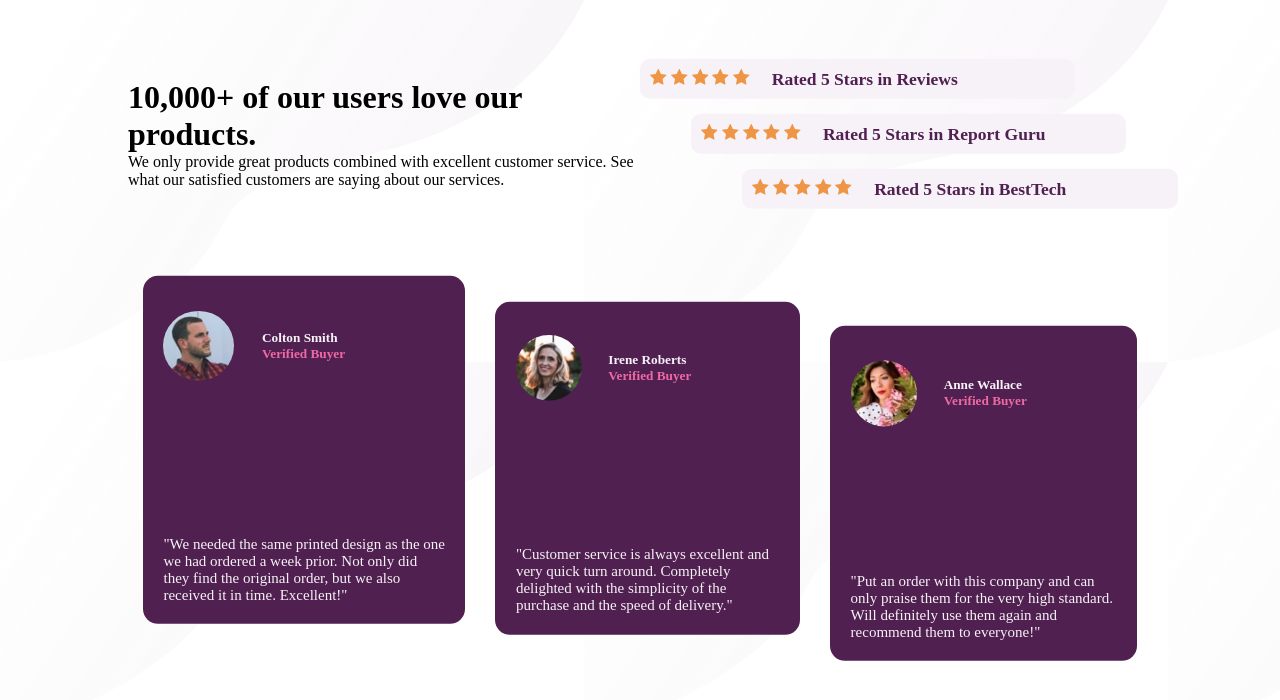
Repository: superZXMzzl/FrontendMentor
Page: social-proof-section-master/index.html
An editor plug-in stored every save of this project. The page is shown before and after the next save, followed by the edit.
The browser window is 1280 px wide. The pictures show the whole page.

Above is the page before, as saved 2022-05-10 11:30:04.

### social-proof-section-master/index.html
<!DOCTYPE html>
<html lang="en">
  <head>
    <meta charset="UTF-8" />
    <meta name="viewport" content="width=device-width, initial-scale=1.0" />
    <!-- displays site properly based on user's device -->

    <link
      rel="icon"
      type="image/png"
      sizes="32x32"
      href="./images/favicon-32x32.png"
    />
    <link rel="stylesheet" href="style.css">
    <title>Frontend Mentor | Social proof section</title>


  </head>
  <body>

    <div class="container">
      <div class="top">
        <div class="left">
          <h1 class="leftTitle">10,000+ of our users love our products.</h1>
          <p class="leftDes">We only provide great products combined with excellent customer service.
            See what our satisfied customers are saying about our services.</p>
        </div>
        <div class="right">
          <div class="right1">
            <div class="starBox">
              <img src="./images/icon-star.svg" class="star">
              <img src="./images/icon-star.svg" class="star">
              <img src="./images/icon-star.svg" class="star">
              <img src="./images/icon-star.svg" class="star">
              <img src="./images/icon-star.svg" class="star">
            </div>
            <h3 class="starDes">Rated 5 Stars in Reviews</h3>
          </div>
          <div class="right2">
            <div class="starBox">
              <img src="./images/icon-star.svg" class="star">
              <img src="./images/icon-star.svg" class="star">
              <img src="./images/icon-star.svg" class="star">
              <img src="./images/icon-star.svg" class="star">
              <img src="./images/icon-star.svg" class="star">
            </div>
            <h3 class="starDes">Rated 5 Stars in Report Guru</h3>
          </div>
          <div class="right3">
            <div class="starBox">
              <img src="./images/icon-star.svg" class="star">
              <img src="./images/icon-star.svg" class="star">
              <img src="./images/icon-star.svg" class="star">
              <img src="./images/icon-star.svg" class="star">
              <img src="./images/icon-star.svg" class="star">
            </div>
            <h3 class="starDes">Rated 5 Stars in BestTech</h3>
          </div>
        </div>
      </div>
      <div class="bottom">
        <div class="card1">
          <div class="cardHead">
            <img src="./images/image-colton.jpg" class="avatar">
            <div class="cardHeadText">
              <h5>Colton Smith</h5>
              <h5 class="ii">Verified Buyer</h5>
            </div>
          </div>
          <p class="cardText">"We needed the same printed design as the one we had ordered a week prior.
            Not only did they find the original order, but we also received it in time.
            Excellent!"</p>
        </div>
        <div class="card2">
          <div class="cardHead">
            <img src="./images/image-irene.jpg" class="avatar">
            <div class="cardHeadText">
              <h5>Irene Roberts</h5>
              <h5 class="ii">Verified Buyer</h5>
            </div>
          </div>
          <p class="cardText">"Customer service is always excellent and very quick turn around. Completely
            delighted with the simplicity of the purchase and the speed of delivery."
          </p>
        </div>
        <div class="card3">
          <div class="cardHead">
            <img src="./images/image-anne.jpg" class="avatar">
            <div class="cardHeadText">
              <h5>Anne Wallace</h5>
              <h5 class="ii">Verified Buyer</h5>
            </div>
          </div>
          <p class="cardText">"Put an order with this company and can only praise them for the very high
            standard. Will definitely use them again and recommend them to everyone!"</p>
        </div>
      </div>
    </div>
  </body>
</html>

### social-proof-section-master/style.css
* {
    margin: 0;
    padding: 0;
    box-sizing: border-box;
}

body {
    min-height: 100vh;
    display: flex;
    align-items: center;
    background-image: url(./images/bg-pattern-top-desktop.svg);
    position: relative;
}

.container {
    position: absolute;
    width: 80%;
    left: 50%;
    top: 50%;
    transform: translate(-50%, -50%);
}

.top {
    display: grid;
    align-items: center;
    grid-template-columns: 1fr 1fr;
}

.right1, .right2, .right3 {
    display: flex;
    align-items: center;
    background-color: hsl(300, 24%, 96%);
    margin: 15px 0;
    border-radius: 10px;
    width: 85%;
    font-size: 15px;
    color: hsl(300, 43%, 22%);
}

.right2 {
    margin-left: 10%;
}

.right3 {
    margin-left: 20%;
}

.starBox {
    margin: 10px;
    margin-right: 5%;
}

.bottom {
    display: flex;
    align-items: center;
}

.card1, .card2, .card3 {
    margin: 15px;
    background-color: hsl(300, 43%, 22%);
    padding: 2%;
    border-radius: 15px;
    color: hsl(300, 24%, 96%)
}



.card2 {
    margin-top: 5%;
}

.card3 {
    margin-top: 10%;
}

.cardHead {
    display: flex;
    align-items: center;
    margin-bottom: 50%;
}

.avatar {
    border-radius: 100%;
    overflow: hidden;
    width: 25%;
    margin-right: 10%;
    padding: 5% 0;
}

.ii {
    color: hsl(333, 80%, 67%);
}

.cardText {
    font-size: 15px;
}

After the next save:
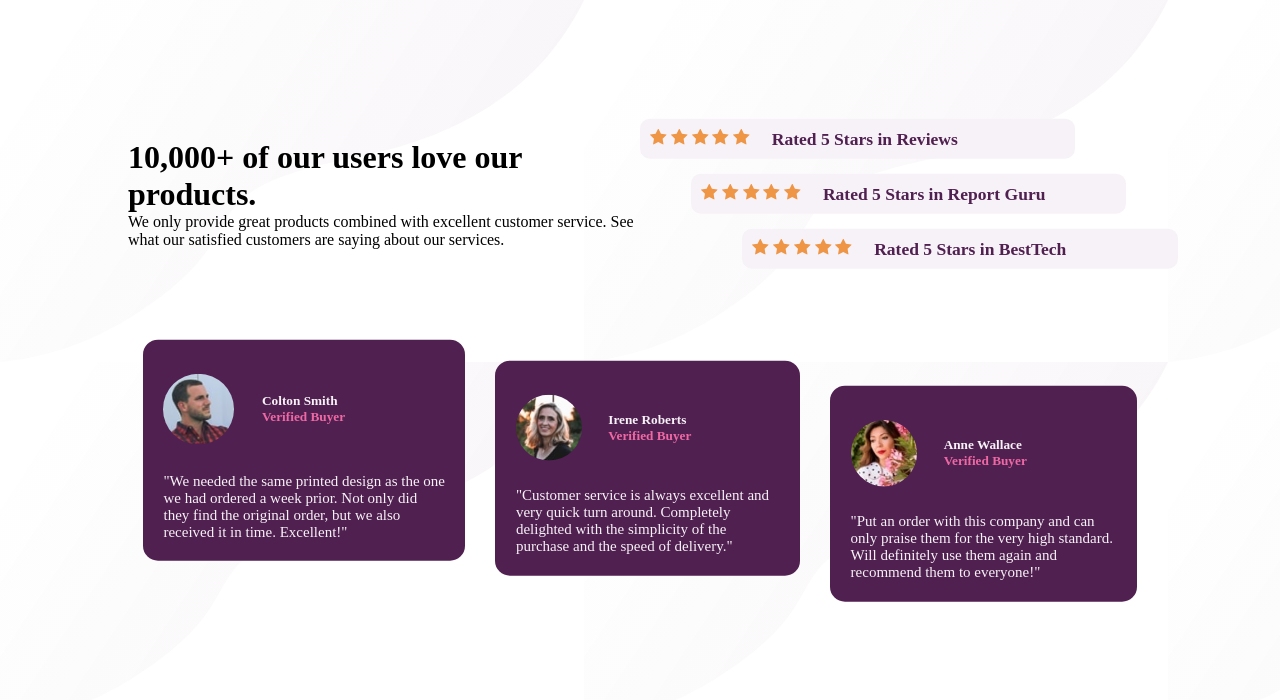
Saved 7 s later.
--- a/social-proof-section-master/style.css
+++ b/social-proof-section-master/style.css
@@ -76,7 +76,7 @@ body {
 .cardHead {
     display: flex;
     align-items: center;
-    margin-bottom: 50%;
+    margin-bottom: 5%;
 }
 
 .avatar {
